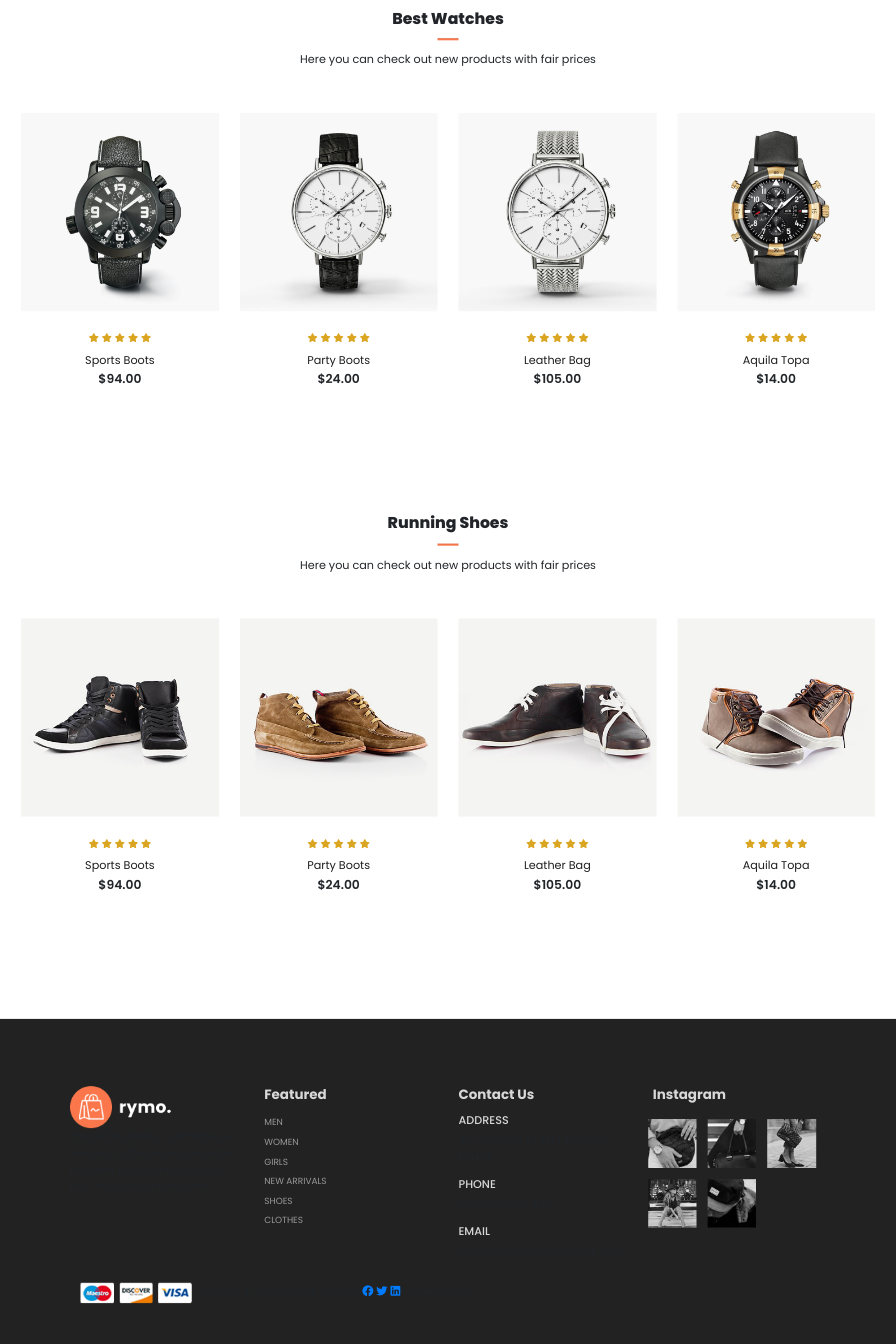
Repository: peter417waweru/e-commerce-UI
Page: index.html
The author's editor kept a copy of each file at every save. The page is drawn from the files as they stood at one save, then again after the next save.
The browser window is 1280 px wide. The pictures show the part of the page from y = 3472 to 5392 px (the page is 5392 px tall before and 5349 px after), at 70% of full size.
Backgrounds fixed to the window are drawn as part of the page. Some web libraries are served in a nearby version.

Above is the page before, as saved 2025-02-08 09:23:01.

### index.html
<!DOCTYPE html>
<html lang="en">

    <head>
        <meta charset="UTF-8">
        <meta http-equiv="X-UA-Compatible" content="IE=edge">
        <meta name="viewport" content="width=device-width, initial-scale=1.0">
        <title>Ecommerce Website1</title>

        <link rel="stylesheet" href="https://cdn.jsdelivr.net/npm/bootstrap@4.1.3/dist/css/bootstrap.min.css"
         integrity="sha384-MCw98/SFnGE8fJT3GXwEOngsV7Zt27NXFoaoApmYm81iuXoPkFOJwJ8ERdknLPMO" crossorigin="anonymous">

        <link rel="stylesheet" href="https://pro.fontawesome.com/releases/v5.10.0/css/all.css" />

        <link rel="stylesheet" href="./style.css">
    </head>

    <body>

        <nav class="navbar navbar-expand-lg navbar-light bg-light py-3 fixed-top">
            <div class="container">
              <img src="img/logo1.png" alt="">
              <button class="navbar-toggler" type="button" data-bs-toggle="collapse" data-bs-target="#navbarSupportedContent" aria-controls="navbarSupportedContent" aria-expanded="false" aria-label="Toggle navigation">
                <span><i id="bar" class="fas fa-bars"></i></span>
              </button>
              <div class="collapse navbar-collapse" id="navbarSupportedContent">
                <ul class="navbar-nav ml-auto">
                  <li class="nav-item">
                    <a class="nav-link active" aria-current="page" href="#">Home</a>
                  </li>
                  <li class="nav-item">
                    <a class="nav-link" aria-current="page" href="#">Shop</a>
                  </li>
                  <li class="nav-item">
                    <a class="nav-link" aria-current="page" href="#">Blog</a>
                  </li>
                  <li class="nav-item">
                    <a class="nav-link" aria-current="page" href="#">About</a>
                  </li>
                  <li class="nav-item">
                    <a class="nav-link" aria-current="page" href="#">Contact Us</a>
                  </li>
                  <li class="nav-item">
                    <i class="fal fa-search"></i>
                    <i class="fal fa-shopping-bag"></i>
                  </li>


                </ul>

              </div>
            </div>
        </nav>


        <section id="home">
          <div class="container">
            <h5>NEW ARRIVALS</h5>
            <h1><span>Best Price</span> This year</h1>
            <p>Shop today with us for the best offers delivered to your doorsteps <br>
               within seconds.
            </p>
            <button>Shop Now</button>
          </div>
        </section>

        <section id="brand" class="container">
          <div class="row m-0 py-5">
            <img class="img-fluid col-lg-2 col-md-4 col-sm-6" src="img/brand/1.png" alt="">
            <img class="img-fluid col-lg-2 col-md-4 col-sm-6" src="img/brand/2.png" alt="">
            <img class="img-fluid col-lg-2 col-md-4 col-sm-6" src="img/brand/3.png" alt="">
            <img class="img-fluid col-lg-2 col-md-4 col-sm-6" src="img/brand/4.png" alt="">
            <img class="img-fluid col-lg-2 col-md-4 col-sm-6" src="img/brand/5.png" alt="">
            <img class="img-fluid col-lg-2 col-md-4 col-sm-6" src="img/brand/6.png" alt="">
          </div>
        </section>

        <section id="new" class="w-100">
          <div class="row p-0 m-0">
            <div class="one col-lg-4 col-md-12 col-sm-12 p-0">
              <img class="img-fluid" src="img/new/1.jpg" alt="">
              <div class="details">
                <h2>Extreme Rare Sneakers</h2>
                <button class="text-uppercase">shop now</button>
              </div>
            </div>
            <div class="one col-lg-4 col-md-12 col-sm-12 p-0">
              <img class="img-fluid" src="img/new/5.jpg" alt="">
              <div class="details">
                <h2>Awesome blank outfit</h2>
                <button class="text-uppercase">shop now</button>
              </div>
            </div>
            <div class="one col-lg-4 col-md-12 col-sm-12 p-0">
              <img class="img-fluid" src="img/new/3.jpg" alt="">
              <div class="details">
                <h2>Sportwear upto 50% off</h2>
                <button class="text-uppercase">shop now</button>
              </div>
            </div>
          </div>
        </section>

        <section id="featured" class="my-5 pb-5">
          <div class="container text-center mt-5 py-5">
            <h3>Our Featured</h3>
            <hr class="mx-auto">
            <p>Here you can check out our new products with the most fair prices</p>
          </div>
          <div class="row mx-auto container-fluid">
            <div class="product text-center col-lg-3 col-md-4 col-12">
              <img class="img-fluid mb-3" src="img/featured/1.jpg" alt="">
              <div class="star">
                <i class="fas fa-star"></i>
                <i class="fas fa-star"></i>
                <i class="fas fa-star"></i>
                <i class="fas fa-star"></i>
                <i class="fas fa-star"></i>
              </div>
              <h5 class="p-name">Sports Boots</h5>
              <h4 class="p-price">$94.00</h4>
              <button class="buy-btn">Buy Now</button>
            </div>
            <div class="product text-center col-lg-3 col-md-4 col-12">
              <img class="img-fluid mb-3" src="img/featured/2.jpg" alt="">
              <div class="star">
                <i class="fas fa-star"></i>
                <i class="fas fa-star"></i>
                <i class="fas fa-star"></i>
                <i class="fas fa-star"></i>
                <i class="fas fa-star"></i>
              </div>
              <h5 class="p-name">Party Boots</h5>
              <h4 class="p-price">$24.00</h4>
              <button class="buy-btn">Buy Now</button>
            </div>
            <div class="product text-center col-lg-3 col-md-4 col-12">
              <img class="img-fluid mb-3" src="img/featured/3.jpg" alt="">
              <div class="star">
                <i class="fas fa-star"></i>
                <i class="fas fa-star"></i>
                <i class="fas fa-star"></i>
                <i class="fas fa-star"></i>
                <i class="fas fa-star"></i>
              </div>
              <h5 class="p-name">Leather Bag</h5>
              <h4 class="p-price">$105.00</h4>
              <button class="buy-btn">Buy Now</button>
            </div>
            <div class="product text-center col-lg-3 col-md-4 col-12">
              <img class="img-fluid mb-3" src="img/featured/4.jpg" alt="">
              <div class="star">
                <i class="fas fa-star"></i>
                <i class="fas fa-star"></i>
                <i class="fas fa-star"></i>
                <i class="fas fa-star"></i>
                <i class="fas fa-star"></i>
              </div>
              <h5 class="p-name">Aquila Topa</h5>
              <h4 class="p-price">$14.00</h4>
              <button class="buy-btn">Buy Now</button>
            </div>
          </div>
        </section>

        <section id="banner" class="my-5 py-3">
          <div class="container">
            <h4>MID SEASON SALES</h4>
            <h1>Autumn Collection <br>
              UP TO 20% OFF
            </h1>
            <button class="text-uppercase">Shop Now</button>
          </div>
        </section>

        <section id="clothes" class="my-5">
          <div class="container text-center mt-5 py-5">
            <h3>Dresses and jumpsuits</h3>
            <hr class="mx-auto">
            <p>Here you can check out new products with fair prices</p>
          </div>
          <div class="row mx-auto container-fluid">
            <div class="product text-center col-lg-3 col-md-4 col-12">
              <img class="img-fluid mb-3" src="img/clothes/1.jpg" alt="">
              <div class="star">
                <i class="fas fa-star"></i>
                <i class="fas fa-star"></i>
                <i class="fas fa-star"></i>
                <i class="fas fa-star"></i>
                <i class="fas fa-star"></i>
              </div>
              <h5 class="p-name">Sports Boots</h5>
              <h4 class="p-price">$94.00</h4>
              <button class="buy-btn">Buy Now</button>
            </div>
            <div class="product text-center col-lg-3 col-md-4 col-12">
              <img class="img-fluid mb-3" src="img/clothes/2.jpg" alt="">
              <div class="star">
                <i class="fas fa-star"></i>
                <i class="fas fa-star"></i>
                <i class="fas fa-star"></i>
                <i class="fas fa-star"></i>
                <i class="fas fa-star"></i>
              </div>
              <h5 class="p-name">Party Boots</h5>
              <h4 class="p-price">$24.00</h4>
              <button class="buy-btn">Buy Now</button>
            </div>
            <div class="product text-center col-lg-3 col-md-4 col-12">
              <img class="img-fluid mb-3" src="img/clothes/3.jpg" alt="">
              <div class="star">
                <i class="fas fa-star"></i>
                <i class="fas fa-star"></i>
                <i class="fas fa-star"></i>
                <i class="fas fa-star"></i>
                <i class="fas fa-star"></i>
              </div>
              <h5 class="p-name">Leather Bag</h5>
              <h4 class="p-price">$105.00</h4>
              <button class="buy-btn">Buy Now</button>
            </div>
            <div class="product text-center col-lg-3 col-md-4 col-12">
              <img class="img-fluid mb-3" src="img/clothes/1.jpg" alt="">
              <div class="star">
                <i class="fas fa-star"></i>
                <i class="fas fa-star"></i>
                <i class="fas fa-star"></i>
                <i class="fas fa-star"></i>
                <i class="fas fa-star"></i>
              </div>
              <h5 class="p-name">Aquila Topa</h5>
              <h4 class="p-price">$14.00</h4>
              <button class="buy-btn">Buy Now</button>
            </div>
          </div>
        </section>

        <section id="watches" class="my-5">
          <div class="container text-center mt-5 py-5">
            <h3>Best Watches</h3>
            <hr class="mx-auto">
            <p>Here you can check out new products with fair prices</p>
          </div>
          <div class="row mx-auto container-fluid">
            <div class="product text-center col-lg-3 col-md-4 col-12">
              <img class="img-fluid mb-3" src="img/watches/1.jpg" alt="">
              <div class="star">
                <i class="fas fa-star"></i>
                <i class="fas fa-star"></i>
                <i class="fas fa-star"></i>
                <i class="fas fa-star"></i>
                <i class="fas fa-star"></i>
              </div>
              <h5 class="p-name">Sports Boots</h5>
              <h4 class="p-price">$94.00</h4>
              <button class="buy-btn">Buy Now</button>
            </div>
            <div class="product text-center col-lg-3 col-md-4 col-12">
              <img class="img-fluid mb-3" src="img/watches/2.jpg" alt="">
              <div class="star">
                <i class="fas fa-star"></i>
                <i class="fas fa-star"></i>
                <i class="fas fa-star"></i>
                <i class="fas fa-star"></i>
                <i class="fas fa-star"></i>
              </div>
              <h5 class="p-name">Party Boots</h5>
              <h4 class="p-price">$24.00</h4>
              <button class="buy-btn">Buy Now</button>
            </div>
            <div class="product text-center col-lg-3 col-md-4 col-12">
              <img class="img-fluid mb-3" src="img/watches/3.jpg" alt="">
              <div class="star">
                <i class="fas fa-star"></i>
                <i class="fas fa-star"></i>
                <i class="fas fa-star"></i>
                <i class="fas fa-star"></i>
                <i class="fas fa-star"></i>
              </div>
              <h5 class="p-name">Leather Bag</h5>
              <h4 class="p-price">$105.00</h4>
              <button class="buy-btn">Buy Now</button>
            </div>
            <div class="product text-center col-lg-3 col-md-4 col-12">
              <img class="img-fluid mb-3" src="img/watches/4.jpg" alt="">
              <div class="star">
                <i class="fas fa-star"></i>
                <i class="fas fa-star"></i>
                <i class="fas fa-star"></i>
                <i class="fas fa-star"></i>
                <i class="fas fa-star"></i>
              </div>
              <h5 class="p-name">Aquila Topa</h5>
              <h4 class="p-price">$14.00</h4>
              <button class="buy-btn">Buy Now</button>
            </div>
          </div>
        </section>

        <section id="shoes" class="my-5 pb-5">
          <div class="container text-center mt-5 py-5">
            <h3>Running Shoes</h3>
            <hr class="mx-auto">
            <p>Here you can check out new products with fair prices</p>
          </div>
          <div class="row mx-auto container-fluid">
            <div class="product text-center col-lg-3 col-md-4 col-12">
              <img class="img-fluid mb-3" src="img/shoes/8.jpg" alt="">
              <div class="star">
                <i class="fas fa-star"></i>
                <i class="fas fa-star"></i>
                <i class="fas fa-star"></i>
                <i class="fas fa-star"></i>
                <i class="fas fa-star"></i>
              </div>
              <h5 class="p-name">Sports Boots</h5>
              <h4 class="p-price">$94.00</h4>
              <button class="buy-btn">Buy Now</button>
            </div>
            <div class="product text-center col-lg-3 col-md-4 col-12">
              <img class="img-fluid mb-3" src="img/shoes/7.jpg" alt="">
              <div class="star">
                <i class="fas fa-star"></i>
                <i class="fas fa-star"></i>
                <i class="fas fa-star"></i>
                <i class="fas fa-star"></i>
                <i class="fas fa-star"></i>
              </div>
              <h5 class="p-name">Party Boots</h5>
              <h4 class="p-price">$24.00</h4>
              <button class="buy-btn">Buy Now</button>
            </div>
            <div class="product text-center col-lg-3 col-md-4 col-12">
              <img class="img-fluid mb-3" src="img/shoes/6.jpg" alt="">
              <div class="star">
                <i class="fas fa-star"></i>
                <i class="fas fa-star"></i>
                <i class="fas fa-star"></i>
                <i class="fas fa-star"></i>
                <i class="fas fa-star"></i>
              </div>
              <h5 class="p-name">Leather Bag</h5>
              <h4 class="p-price">$105.00</h4>
              <button class="buy-btn">Buy Now</button>
            </div>
            <div class="product text-center col-lg-3 col-md-4 col-12">
              <img class="img-fluid mb-3" src="img/shoes/5.jpg" alt="">
              <div class="star">
                <i class="fas fa-star"></i>
                <i class="fas fa-star"></i>
                <i class="fas fa-star"></i>
                <i class="fas fa-star"></i>
                <i class="fas fa-star"></i>
              </div>
              <h5 class="p-name">Aquila Topa</h5>
              <h4 class="p-price">$14.00</h4>
              <button class="buy-btn">Buy Now</button>
            </div>
          </div>
        </section>

        <footer class="mt-5 py-5">
          <div class="row container mx-auto pt-5">
            <div class="footer-one col-lg-3 col-md-6 col-12">
              <img src="img/logo2.png" alt="">
              <p>This is the best e-commerce website in the world.
                 We have the best products for you at the most fair prices ever!!.</p>
            </div>
            <div class="footer-one col-lg-3 col-md-6 col-12">
              <h4 class="pb-2">Featured</h4>
              <ul class="text-uppercase list-unstyled">
                <li><a href="#">men</a></li>
                <li><a href="#">women</a></li>
                <li><a href="#">girls</a></li>
                <li><a href="#">new arrivals</a></li>
                <li><a href="#">shoes</a></li>
                <li><a href="#">clothes</a></li>
              </ul>
            </div>
            <div class="footer-one col-lg-3 col-md-6 col-12">
              <h4 class="pb-2">Contact Us</h4>
              <div>
                <h6 class="text-uppercase">Address</h6>
              <p>891 LUTHURI STREET NAIROBI KENYA.</p>
              </div>
              <div>
                <h6 class="text-uppercase">Phone</h6>
              <p>+254 722 123 456</p>
              </div>
              <div>
                <h6 class="text-uppercase">Email</h6>
              <p>fastorderdelivery@gmail.com</p>
              </div>
            </div>
            <div class="footer-one col-lg-3 col-md-6 col-12">
              <h4 class="pb-2">Instagram</h4>
              <div class="row">
                <img class="img-fluid w-25 h-100 m-2" src="img/insta/1.jpg" alt="">
                <img class="img-fluid w-25 h-100 m-2" src="img/insta/2.jpg" alt="">
                <img class="img-fluid w-25 h-100 m-2" src="img/insta/3.jpg" alt="">
                <img class="img-fluid w-25 h-100 m-2" src="img/insta/4.jpg" alt="">
                <img class="img-fluid w-25 h-100 m-2" src="img/insta/5.jpg" alt="">
              </div>
            </div>
            <div class="copyright mt-3">
              <div class="row container mx-auto">
                <div class="col-lg-3 col-md-6 col-12">
                  <img src="img/payment.png" alt="">
                </div>
                <div class="col-lg-4 col-md-6 col-12 text-nowrap">
                  <p>© 2025 e-commerce website. All rights reserved.</p>
                </div>
                <div class="col-lg-4 col-md-6 col-12">
                  <a href=""><i class="fab fa-facebook"></i></a>
                  <a href=""><i class="fab fa-twitter"></i></a>
                  <a href=""><i class="fab fa-linkedin"></i></a>
                </div>
              </div>
            </div>
          </div>
        </footer>





        <script src="https://cdn.jsdelivr.net/npm/@popperjs/core@2.9.1/dist/umd/popper.min.js"
            integrity="sha384-SR1sx49pcuLnqZUnnPwx6FCym0wLsk5JZuNx2bPPENzswTNFaQU1RDvt3wT4gWFG"
            crossorigin="anonymous"></script>
        <script src="https://cdn.jsdelivr.net/npm/bootstrap@5.0.0-beta3/dist/js/bootstrap.min.js"
            integrity="sha384-j0CNLUeiqtyaRmlzUHCPZ+Gy5fQu0dQ6eZ/xAww941Ai1SxSY+0EQqNXNE6DZiVc"
            crossorigin="anonymous"></script>
    </body>

</html>

### style.css
@import url("https://fonts.googleapis.com/css2?family=Poppins:wght@100;200;300;400;500;600;700;800;900&display=swap");
* {
  margin: 0;
  padding: 0;
  box-sizing: border-box;
}

body {
  font-family: "Poppins", sans-serif;
}

h1 {
  font-size: 2.5rem;
  font-weight: 700;
}

h2 {
  font-size: 1.8rem;
  font-weight: 600;
}

h3 {
  font-size: 1.4rem;
  font-weight: 800;
}

h4 {
  font-size: 1.1rem;
  font-weight: 600;
}

h5 {
  font-size: 1rem;
  font-weight: 400;
  color: #1d1d1d;
}

h6 {
  color: #d8d8d8;
}

hr {
  width: 30px;
  height: 2px;
  background-color: #fb774b;
}

.star {
  padding: 10px 0;
}

.star i{
  font-size: 0.8rem;
  color: goldenrod;
}

button {
  font-size: 0.8rem;
  font-weight: 700;
  outline: none;
  border: none;
  background-color: #1d1d1d;
  color: aliceblue;
  padding: 13px 30px;
  cursor: pointer;
  text-transform: uppercase;
  transition: 0.3s ease;
}

button:hover {
  background-color: #3a3833;
}

hr {
  width: 30px;
  height: 2px;

}

.navbar {
  font-size: 16px;
  background-color: #d8d8d8;
  top: 0;
  left: 0;
}

.navbar-light .navbar-nav .nav-link{
  padding: 0 20px;
  color: black;
  transition: 0.3s ease;
}

.navbar-light .navbar-nav .nav-link:hover,
.navbar i:hover,
.navbar-light .navbar-nav .nav-link.active,
.navbar i.active
{
  color: coral;
}



.navbar i{
  font-size: 1.2rem;
  padding: 0 7px;
  cursor: pointer;
  transition: 0.3s ease;
}

/* Mobile Nav*/


.navbar-light .navbar-toggler{
  border: none;
  outline: none;
}

#bar {
  font-size: 1.5rem;
  padding: 7px;
  cursor: pointer;
  font-weight: 500;
  color: black;
  transition: 0.3s ease;
}

#bar:hover,
#bar.active{
  color: #fff;
}

@media only screen and (max-width: 990px) {

  body > nav > div > button:hover ,
  body > nav > div > button:focus {
    background-color: #fb774b;
  }

  body > nav > div > button:hover #bar,
  body > nav > div > button:focus #bar {
    background-color: #fb774b;
  }

  #navbarSupportedContent > ul {
    margin: 1rem;
    justify-content: flex-end;
    align-items: flex-end;
    text-align: right;
  }

  #navbarSupportedContent > ul > li:nth-child(n) > a {
    padding: 10px 0;
  }
}


#home {
  background-image: url("img/back.jpg");
  width: 100%;
  height: 100vh;
  background-size: cover;
  background-position: top 70px center;
  display: flex;
  flex-direction: column;
  align-items: flex-start;
  justify-content: center;

}

#home span{
  color: coral;
}

#new .one img{
  width: 100%;
  height: 100%;
  background-position: center center;
  background-repeat: no-repeat;
  background-size: cover;
  position: relative;
}


#new .row .one .details{
  position: absolute;
  width: 100%;
  height: 100%;
  top: 0;
  left: 0;
  transition: 0.3s ease;
}

#new .row .one:hover .details{
  cursor: pointer;
  background-color: rgba(255, 178, 178, 0.8);
}

#new .row .one .details button{
 display: inline-block;
 font-size: 14px;
 font-weight: 500;
 color: #2a2a2a;
 background: none;
 text-transform: uppercase;
 border-bottom: 1px solid #2a2a2a;
 padding: 1.5px;
 transform: translateY(70px);
 transition: 0.3s ease;
}

#new .row .one .details button:hover{
  cursor: pointer;
  color: #fff;
  border-bottom: 1px solid #fff;
}

#new .row .one:nth-child(1) .details{
  display: flex;
  justify-content: center;
  flex-direction: column;
  align-items: flex-start;
  text-align: start;
}

#new .row .one:nth-child(2) .details{
  display: flex;
  justify-content: center;
  flex-direction: column;
  align-items: center;
  text-align: center;
}

#new .row .one:nth-child(3) .details{
  display: flex;
  justify-content: center;
  flex-direction: column;
  align-items: flex-end;
  text-align: end;
}

/*Products*/

.product {
  cursor: pointer;
  margin-bottom: 2rem;
}

.product img{
  transition: 0.3s all;

}

.product img:hover{
  opacity: 0.7;
}

.product .buy-btn{
  background: #fb774b;
  transform: translateY(20px);
  opacity: 0;
  transition: 0.3s all;
}
.product:hover .buy-btn{
  transform: translateY(0px);
  opacity: 1;
}

#banner {
  background-image: url("img/banner/2.jpg");
  width: 100%;
  height: 60vh;
  background-size: cover;
  background-position: top 70px center;
  background-repeat: no-repeat;
  background-attachment: fixed;
  display: flex;
  flex-direction: column;
  align-items: flex-start;
  justify-content: center;
}

#banner h4{
  color: #D8D8D8;
}

#banner h1{
  color: #D8D8D8;
}

#banner button{
  background-color: #fb774b;
}

footer{
  background-color: #222222;
}

footer h4 {
  color: #D8D8D8;
  font-size: 1.2rem;
  font-weight: 700;
}

footer li {
  padding-bottom: 4px;
}

footer li a {
  font-size: 0.8rem;
  color: #999;
}

footer li a:hover {
  color: #D8D8D8;
}

After the next save:
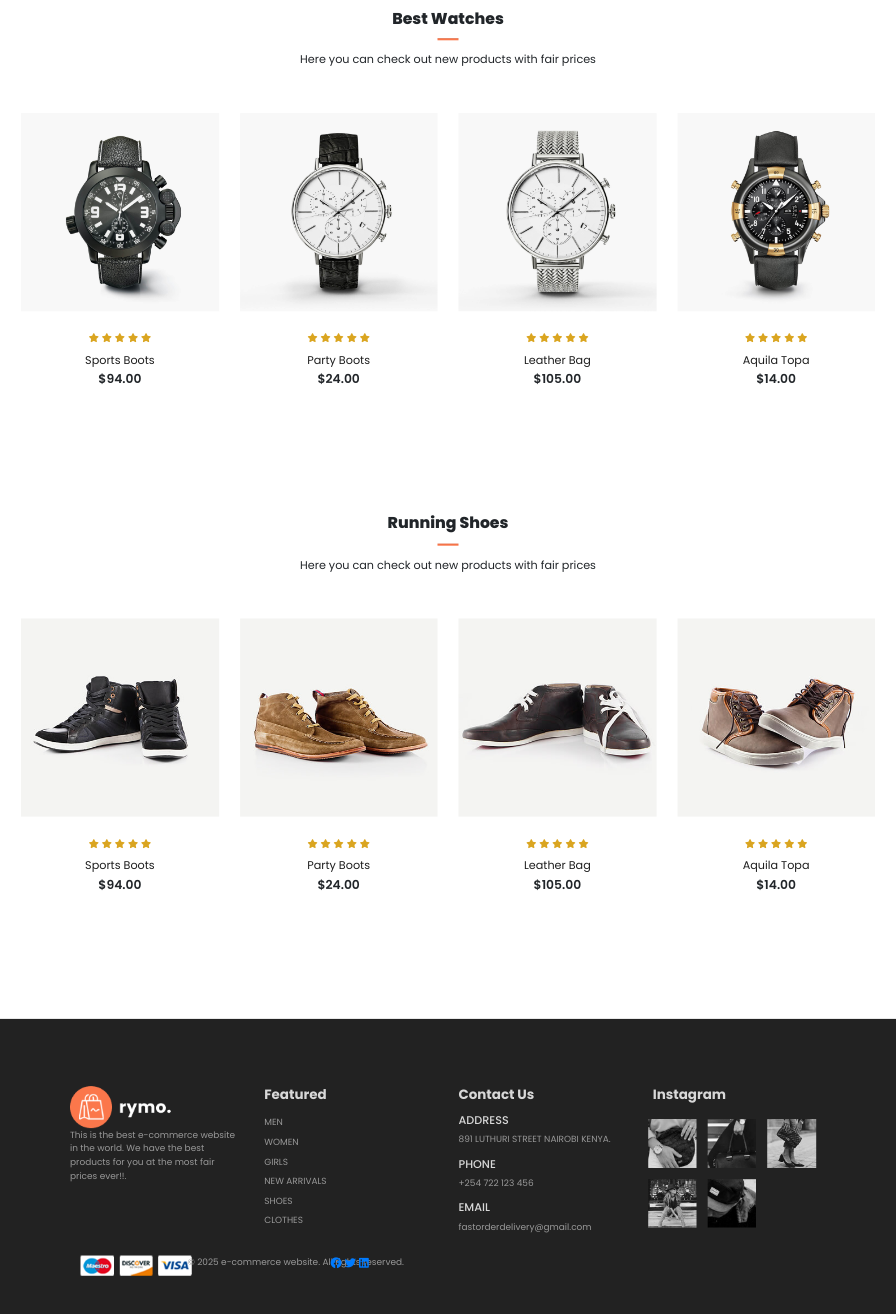
Saved 96 s later.
--- a/style.css
+++ b/style.css
@@ -313,3 +313,8 @@ footer li a {
 footer li a:hover {
   color: #D8D8D8;
 }
+
+footer p{
+  color: #999;
+  font-size: 0.8rem;
+}
